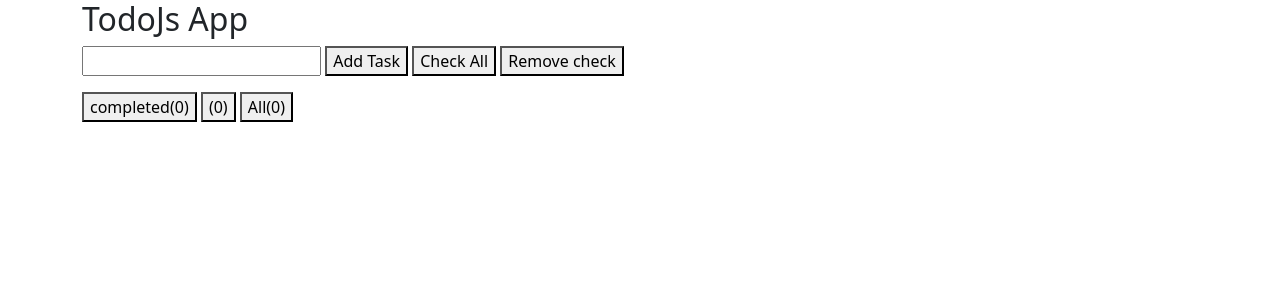
Repository: VladimirKasyanov/Todo
Page: index.html
These files come from the project's save history. The page is drawn as it stood at one moment and after the next save; the edit follows.
The browser window is 1280 px wide. The pictures show the whole page.

Above is the page before, as saved 2024-05-31 14:14:25.

After the next save:
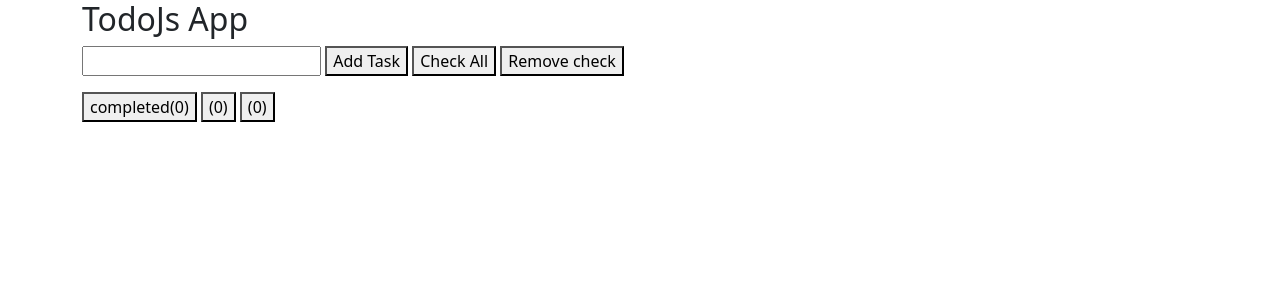
Saved 5 s later.
--- a/index.html
+++ b/index.html
@@ -30,7 +30,7 @@
         <div class="all-button" type="button" >
           <button type="button" id="completed" text="completed" >completed(0)</button>
           <button type="button" id="active" text="active" >(0)</button>
-          <button type="button" id="all" value="22">All(0)</button>
+          <button type="button" id="all" value="22">(0)</button>
         <div>
       </div>
     </div>
